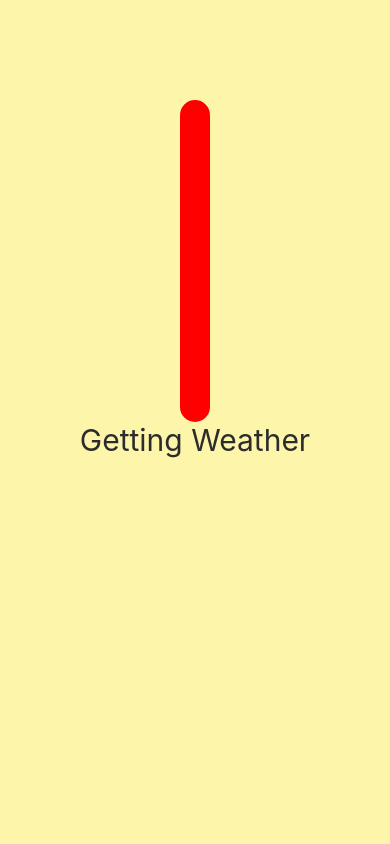
Repository: Exchallenger/Weather-app
Screen: /
The author's editor kept a copy of each file at every save. The screen is drawn from the files as they stood at one save, then again after the next save.
The app was drawn by React Native's web renderer in a window 390 px wide. The project was rebuilt for these pictures with package versions that can differ from the ones it lists, and the page was loaded fresh each time. Also part of the build but not shown: weather.js.

Above is the screen before, as saved 2021-01-15 15:11:35.

After the next save:
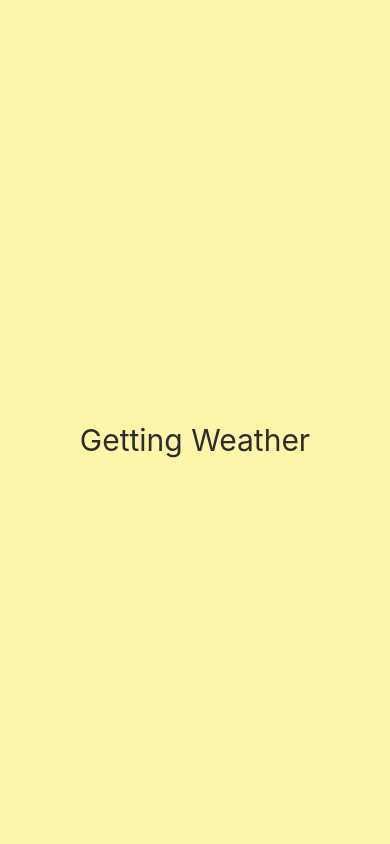
Saved 6 s later.
--- a/loading.js
+++ b/loading.js
@@ -26,9 +26,8 @@ const styles = StyleSheet.create({
     load:{
         flex:1,
         justifyContent:"center",
+        alignItems:"center",
 
-        width:30,
-        height:1,
         backgroundColor:'red',
         borderRadius:50,
     }
